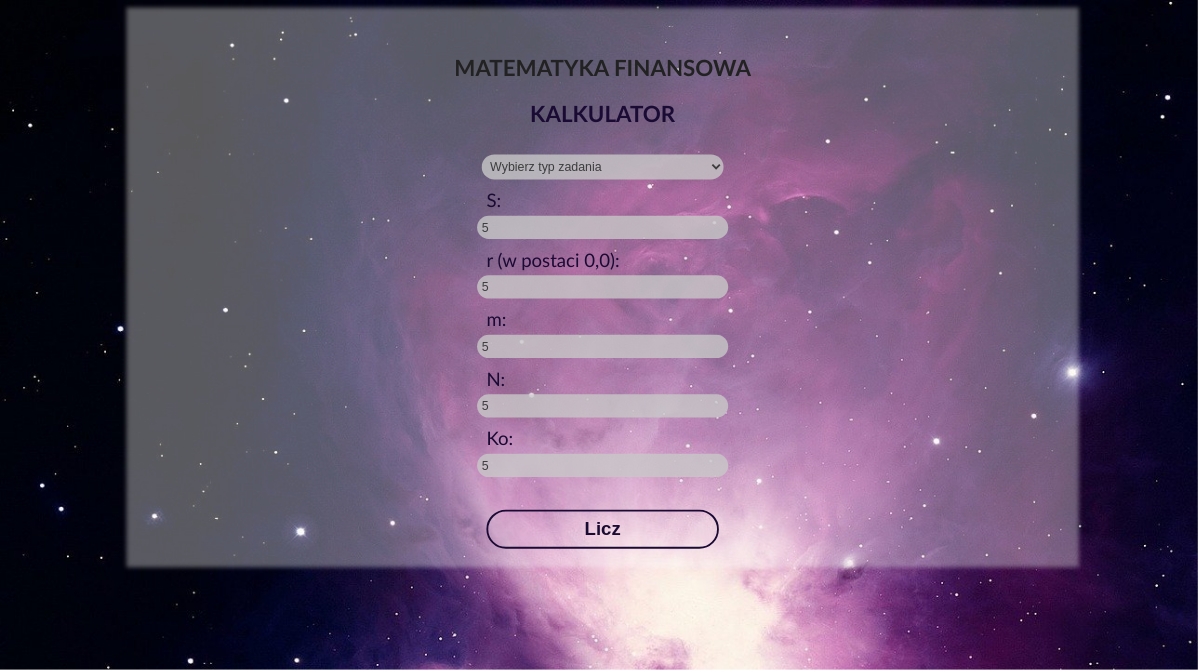
Repository: ravkita/MFCalc
Page: index.html
These files come from the project's save history. The page is drawn as it stood at one moment and after the next save; the edit follows.
The browser window is 1280 px wide. The page is 1288 px wide, so the pictures cover 1288 px, including what lies to the right of the window. The pictures show the whole page, at 93% of full size.
Empty fields were first filled with sample values (such as "Sample", 5 or name@example.com).
After loading, the first visible `#confirm` was clicked once.

Above is the page before, as saved 2021-04-12 20:17:28.

### index.html
<!DOCTYPE html>
<html lang="en">
<head>
    <meta charset="UTF-8">
    <meta http-equiv="X-UA-Compatible" content="IE=edge">
    <meta name="viewport" content="width=device-width, initial-scale=1.0">
    <title>Kalkulator</title>

    <style type="text/css">
        body{
            font-family: 'Gill Sans', 'Gill Sans MT', Calibri, 'Trebuchet MS', sans-serif;
            background-image: url('bg.jpg');
            width: 100vw;
            overflow-x: hidden;
            display: flex;
            justify-content: center;
            align-items: center;
        }
        .popout{
            width: 80%;
            height: 100%;
            position: relative;
        }
        .popout .bg{
            width: 100%;
            height: 100%;
            background: rgba(255, 255, 255, 0.35);
            filter: blur(2.55px);
            position: absolute;
            top: 0;
            left: 0;
            z-index: -1;
        }
        .header{
            width: 100%;
            display: flex;
            flex-direction: column;
            justify-content: center;
            align-items: center;
        }
        .title{
            color: #222;
            margin-top: 50px;
            margin-bottom: 10px;
        }
        .subtitle{
            margin-top: 10px;
            color: #1A0B34;
        }

        #form{
            display: flex;
            flex-direction: column;
            justify-content: center;
            align-items: center;
        }
        .formItem{
            display: flex;
            justify-content: flex-start;
            align-items: flex-start;
            flex-direction: column;
            margin-top: 10px;
        }
        select, input[type="number"]{
            width: calc(100vh/2 - 100px);
            outline: 0;
            border: 0;
            background: rgba(201, 201, 201, 0.8);
            border-radius: 20px;
            padding: 5px;
            color: #3d3d3d;
        }
        select:focus, input[type="number"]:focus{
            box-shadow: 0 4px 10px rgba(201, 201, 201, 0.35);
        }
        label{
            padding-left: 10px;
            padding-bottom: 5px;
            color: #1A0B34;
            font-size: 20px;
        }
        input[type="button"]{
            margin-top: 35px;
            background: transparent;
            width: 250px;
            border: solid 2px #1A0B34;
            color: #1A0B34;
            border-radius: 30px;
            font-size: 20px;;
            padding: 7.5px 0;
            font-weight: 600;
            outline: none;
            transition: all .3s ease-in;
        }
        input[type="button"]:hover{
            background: #1A0B34;
            color: #fff;
            cursor: pointer;
        }
        .result{
            width: 100%;
            display: flex;
            justify-content: space-between;
            align-items: center;
            flex-flow: row wrap;
            padding: 10px 20px;
            box-sizing: border-box;
        }
        .cell{
            width: 47.5%;
            min-height: 200px;
            background: rgba(255, 255, 255, 0.6);
            margin-top: 25px;
        }
    </style>
</head>
<body>
    <section class="popout">
        <div class="bg"></div>
        <header class="header">
            <h1 class="title">MATEMATYKA FINANSOWA</h1>
        <h2 class="subtitle">KALKULATOR</h2>
        </header>
        <form action="" id="form">
            <div class="formItem">
                <select name="type" id="typ">
                <option value="0"default>Wybierz typ zadania</option>
                <option value="1">zmienna rata</option>
                <option value="2">zmienne płatności</option>
                <option value="3">narastanie kapitału</option>
            </select>
            </div>
            <div class="formItem"><label for="S">S:</label> <input type="number" name="S" class="s"></div>
            <div class="formItem"><label for="r">r (w postaci 0,0):</label> <input type="number" name="r" class="r"></div>
            <div class="formItem"><label for="m">m:</label> <input type="number" name="m" class="m"></div>
            <div class="formItem"><label for="N">N:</label> <input type="number" name="N" class="N"></div>
            <div class="formItem"><label for="Ko">Ko:</label> <input type="number" name="Ko" class="Ko"></div>
            <input type="button" name="confirm" id="confirm" value="Licz">
        </form>
        <div class="result">
            <div class="cell cell-1"></div>
            <div class="cell cell-2"></div>
            <div class="cell cell-3"></div>
            <div class="cell cell-4"></div>
        </div>
    </section>
    <script type="text/javascript">
        let s;
        let r;
        let m;
        let N;
        let q;
        let a;
        let Ko;
        let Sn = [];

        // RATY


        function rataStała(){
            const el = document.createElement("p");
            let t = s/(m*N);
            el.innerText = `T: ${t}`;
            document.querySelector('.cell-1').appendChild(el);
        }
        function rataZmienna(){
            let tn = [];
            let sumaTn = 0;
                for(let i = 1; i<=N*m; i++){
                    const el = document.createElement("p");
                    tn[i-1] = s*((Math.pow(q, i) - Math.pow(q, i-1))/(Math.pow(q, m*N) - 1));
                    sumaTn += tn[i-1];
                    el.innerText = `T${i}: ${tn[i-1]}`;
                    document.querySelector('.cell-1').appendChild(el);
                }
                const suma = document.createElement("p");
            suma.innerText = `Suma rat: ${sumaTn}`;
            document.querySelector('.cell-1').appendChild(suma);
        }

        //KWOTA PŁATNOŚCI

        function kwotaPlatnosciStala(){
            const el = document.createElement("p");
            a = s*Math.pow(q, m*N)*((q-1)/(Math.pow(q, m*N)-1));
            el.innerText = `A: ${a}`;
            document.querySelector('.cell-2').appendChild(el);
        }
        function kwotaPlatnosciZmienna(){
            for(let i = 1; i<=N*m; i++){
                const el = document.createElement("p");
                let an = (s/(N*m))*[1+((N*m)-i+1)*(r/m)];
                el.innerText = `A${i}: ${an}`;
                document.querySelector('.cell-2').appendChild(el);
            }
        }

        // ODSETKI
        function odsetkiPrzyStalejRacie(){
            let sumaOs = 0;
            for(let i = 1; i<=N*m; i++){
                const el = document.createElement("p");
                let On = s*[1-((i-1)/(N*m))]*(r/m);
                sumaOs += On;
                el.innerText = `O${i}: ${On}`;
                document.querySelector('.cell-3').appendChild(el);
            }
            const suma = document.createElement("p");
            suma.innerText = `Suma odsetek: ${sumaOs}`;
            document.querySelector('.cell-3').appendChild(suma);
        }

        function odsetkiPrzyStalejKwocie(){
            saldoPrzyStałejKwocie();
            let On
            let sumaO = 0;
            for(let i = 1; i<=N*m; i++){
                const el = document.createElement("p");
                if(i === 1){
                     On = s*(r/m);
                     sumaO += On;
                }else{
                     On = Sn[i-2]*(r/m);
                     sumaO += On;
                }

                el.innerText = `O${i}: ${On}`;
                document.querySelector('.cell-3').appendChild(el);
            }
            const suma = document.createElement("p");
            suma.innerText = `Suma odsetek: ${sumaO}`;
            document.querySelector('.cell-3').appendChild(suma);
        }


        //SALDO
        function saldoPrzyStałejKwocie(){
            kwotaPlatnosciStala();
            for(let i = 1; i<=N*m; i++){
                const el = document.createElement("p");
                Sn[i-1] = s*(Math.pow((1+(r/m)), i)) - a*((Math.pow((1+(r/m)), i)-1)/((1+(r/m))-1));
                el.innerText = `S${i}: ${Sn[i-1]}`;
                document.querySelector('.cell-4').appendChild(el);
            }
        }

        function saldoPrzyStałejRacie(){
            for(let i = 1; i<=N*m; i++){
                const el = document.createElement("p");
                let SnS = s*(1-(i/(N*m)));
                el.innerText = `S${i}: ${SnS}`;
                document.querySelector('.cell-4').appendChild(el);
            }
        }


        //NARASTANIE KAPITAŁU

        function narastanieKapitału(){
            for(let i = 1; i<=N; i++){
                const el = document.createElement("p");
                let Kn = Ko*(Math.pow((1+(r/m)), i*m));
                el.innerText = `K${i}: ${Kn}`;
                document.querySelector('.cell-1').appendChild(el);
            }
        }



        function getData(){
            document.getElementById('confirm').addEventListener('click', (e) =>{
                s = document.querySelector('.s').value;
                r = document.querySelector('.r').value;
                m = document.querySelector('.m').value;
                N = document.querySelector('.N').value;
                Ko = document.querySelector('.Ko').value;
                q = 1+(r/m);
                let type = document.querySelector('#typ').value;
                document.querySelector('.result').innerHTML="";

                switch (type){
                    case "0":
                        console.log("wybierz typ zadania");
                    break;
                    case "1":
                    rataZmienna();
                    kwotaPlatnosciStala();
                    odsetkiPrzyStalejKwocie()
                    break;
                    case "2":
                    rataStała();
                    kwotaPlatnosciZmienna();
                    odsetkiPrzyStalejRacie();
                    saldoPrzyStałejRacie();
                    break;
                    case "3":
                    narastanieKapitału();
                    break;
                    default:
                        console.log("Error");
                }
            });
        }
        getData();
    </script>
</body>
</html>

After the next save:
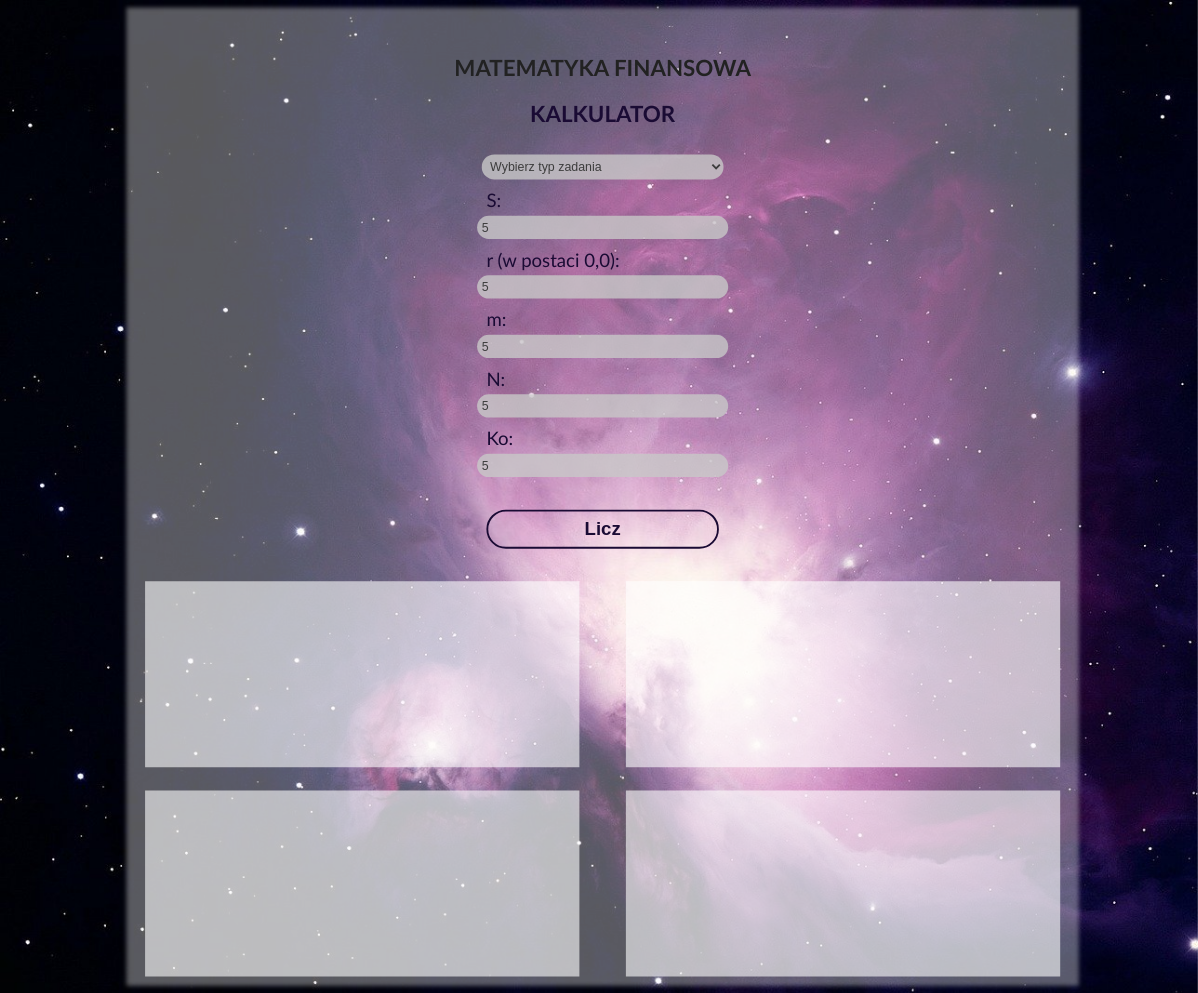
Saved 54 s later.
--- a/index.html
+++ b/index.html
@@ -124,7 +124,7 @@
         <form action="" id="form">
             <div class="formItem">
                 <select name="type" id="typ">
-                <option value="0"default>Wybierz typ zadania</option>
+                <option default>Wybierz typ zadania</option>
                 <option value="1">zmienna rata</option>
                 <option value="2">zmienne płatności</option>
                 <option value="3">narastanie kapitału</option>
@@ -276,12 +276,9 @@
                 Ko = document.querySelector('.Ko').value;
                 q = 1+(r/m);
                 let type = document.querySelector('#typ').value;
-                document.querySelector('.result').innerHTML="";
+                document.querySelector('.cell').innerHTML="";
 
                 switch (type){
-                    case "0":
-                        console.log("wybierz typ zadania");
-                    break;
                     case "1":
                     rataZmienna();
                     kwotaPlatnosciStala();
